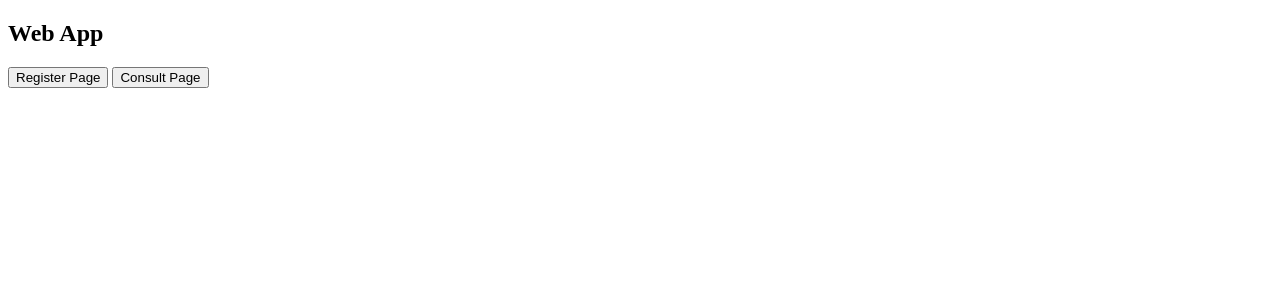
Repository: Claudiaccrv/repo-aws-290
Page: home.html
These files come from the project's save history. The page is drawn as it stood at one moment and after the next save; the edit follows.
The browser window is 1280 px wide. The pictures show the whole page.

Above is the page before, as saved 2024-10-01 02:10:11.

### home.html
<!DOCTYPE html>
<html lang="en">
<head>
    <meta charset="UTF-8">
    <meta name="viewport" content="width=device-width, initial-scale=1.0">
    <title>Document</title>
</head>
<body>
    <h2> Web App </h2>
    <button> Register Page </button>
    <button> Consult Page </button>
</body>
</html>

After the next save:
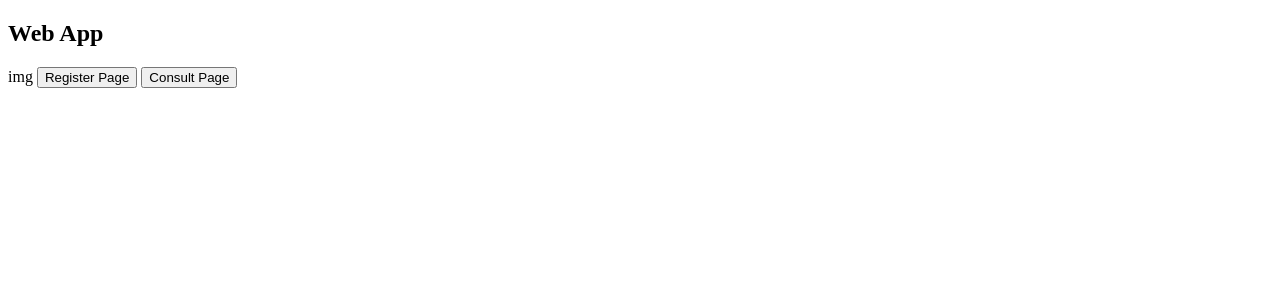
Saved 85 s later.
--- a/home.html
+++ b/home.html
@@ -7,6 +7,7 @@
 </head>
 <body>
     <h2> Web App </h2>
+    img <source>
     <button> Register Page </button>
     <button> Consult Page </button>
 </body>
